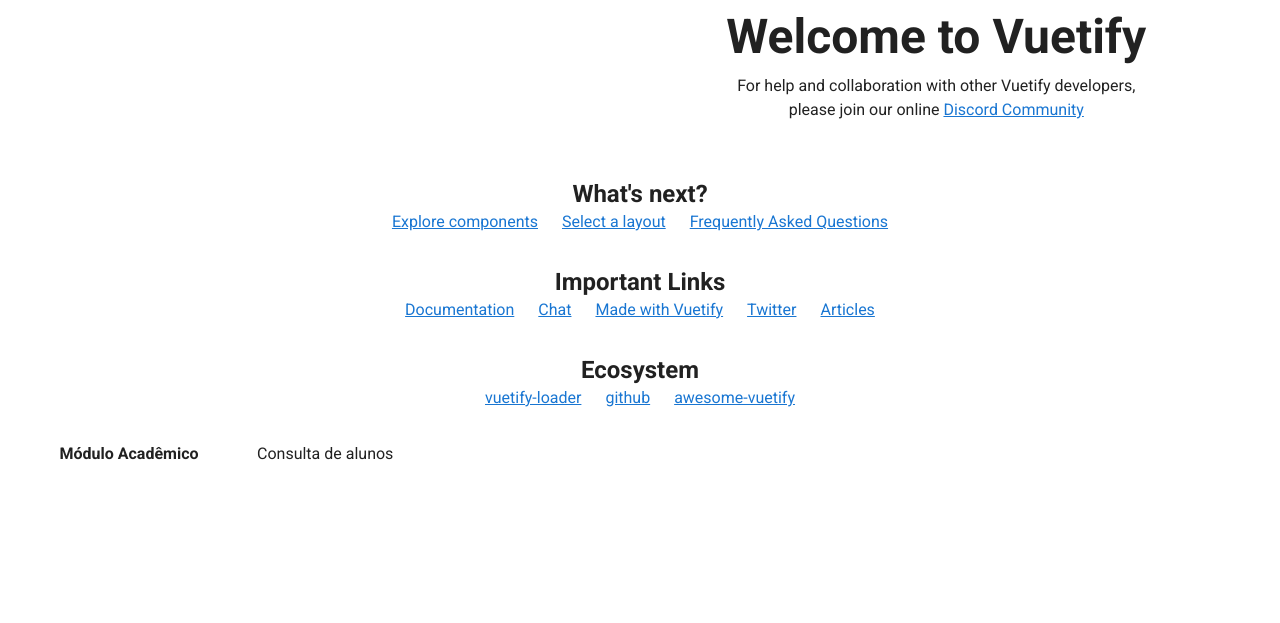
Repository: sergiohidekiono/vue-student
Page: /
These files come from the project's save history. The page is drawn as it stood at one moment and after the next save; the edit follows.
The browser window is 1280 px wide. The pictures show the whole page.
The project was rebuilt for these pictures with package versions that can differ from the ones it lists, and the page was loaded fresh each time. Also part of the build but not shown: vue.config.js.

Above is the page before, as saved 2024-08-07 09:13:01.

### src/App.vue
<template>
  <v-app>


    <v-main>
      <HelloWorld />
      <StudentList />
    </v-main>

  </v-app>
</template>

<script>
import HelloWorld from './components/HelloWorld';
import StudentList from './components/student-list';

export default {
  name: 'App',

  components: {
    HelloWorld,
    StudentList,
  },

  data: () => ({
    //
  }),
};
</script>

### src/components/HelloWorld.vue
<template>
  <v-container>
    <v-row class="text-center">
      <v-col>
        <div class="d-flex align-start">
          <v-img :src="require('../assets/logo.png')" class="my-3" contain height="100" />
        </div>
      </v-col>
      <v-col class="mb-4">
        <h1 class="display-2 font-weight-bold mb-3">
          Welcome to Vuetify
        </h1>

        <p class="subheading font-weight-regular">
          For help and collaboration with other Vuetify developers,
          <br>please join our online
          <a href="https://community.vuetifyjs.com" target="_blank">Discord Community</a>
        </p>
      </v-col>

      <v-col class="mb-5" cols="12">
        <h2 class="headline font-weight-bold mb-3">
          What's next?
        </h2>

        <v-row justify="center">
          <a v-for="(next, i) in whatsNext" :key="i" :href="next.href" class="subheading mx-3" target="_blank">
            {{ next.text }}
          </a>
        </v-row>
      </v-col>

      <v-col class="mb-5" cols="12">
        <h2 class="headline font-weight-bold mb-3">
          Important Links
        </h2>

        <v-row justify="center">
          <a v-for="(link, i) in importantLinks" :key="i" :href="link.href" class="subheading mx-3" target="_blank">
            {{ link.text }}
          </a>
        </v-row>
      </v-col>

      <v-col class="mb-5" cols="12">
        <h2 class="headline font-weight-bold mb-3">
          Ecosystem
        </h2>

        <v-row justify="center">
          <a v-for="(eco, i) in ecosystem" :key="i" :href="eco.href" class="subheading mx-3" target="_blank">
            {{ eco.text }}
          </a>
        </v-row>
      </v-col>
    </v-row>
  </v-container>
</template>

<script>
export default {
  name: 'HelloWorld',

  data: () => ({
    ecosystem: [
      {
        text: 'vuetify-loader',
        href: 'https://github.com/vuetifyjs/vuetify-loader',
      },
      {
        text: 'github',
        href: 'https://github.com/vuetifyjs/vuetify',
      },
      {
        text: 'awesome-vuetify',
        href: 'https://github.com/vuetifyjs/awesome-vuetify',
      },
    ],
    importantLinks: [
      {
        text: 'Documentation',
        href: 'https://vuetifyjs.com',
      },
      {
        text: 'Chat',
        href: 'https://community.vuetifyjs.com',
      },
      {
        text: 'Made with Vuetify',
        href: 'https://madewithvuejs.com/vuetify',
      },
      {
        text: 'Twitter',
        href: 'https://twitter.com/vuetifyjs',
      },
      {
        text: 'Articles',
        href: 'https://medium.com/vuetify',
      },
    ],
    whatsNext: [
      {
        text: 'Explore components',
        href: 'https://vuetifyjs.com/components/api-explorer',
      },
      {
        text: 'Select a layout',
        href: 'https://vuetifyjs.com/getting-started/pre-made-layouts',
      },
      {
        text: 'Frequently Asked Questions',
        href: 'https://vuetifyjs.com/getting-started/frequently-asked-questions',
      },
    ],
  }),
}
</script>

### src/components/student-list.vue
<template>
    <v-container>
        <v-row>
            <v-col cols="2" class="font-weight-bold">
                Módulo Acadêmico
            </v-col>
            <v-col cols="10">
                Consulta de alunos
            </v-col>
        </v-row>
    </v-container>
</template>
<script>
</script>

Loaded but not shown: public/index.html (common file); src/main.js (common file); src/plugins/vuetify.js (common file)

After the next save:
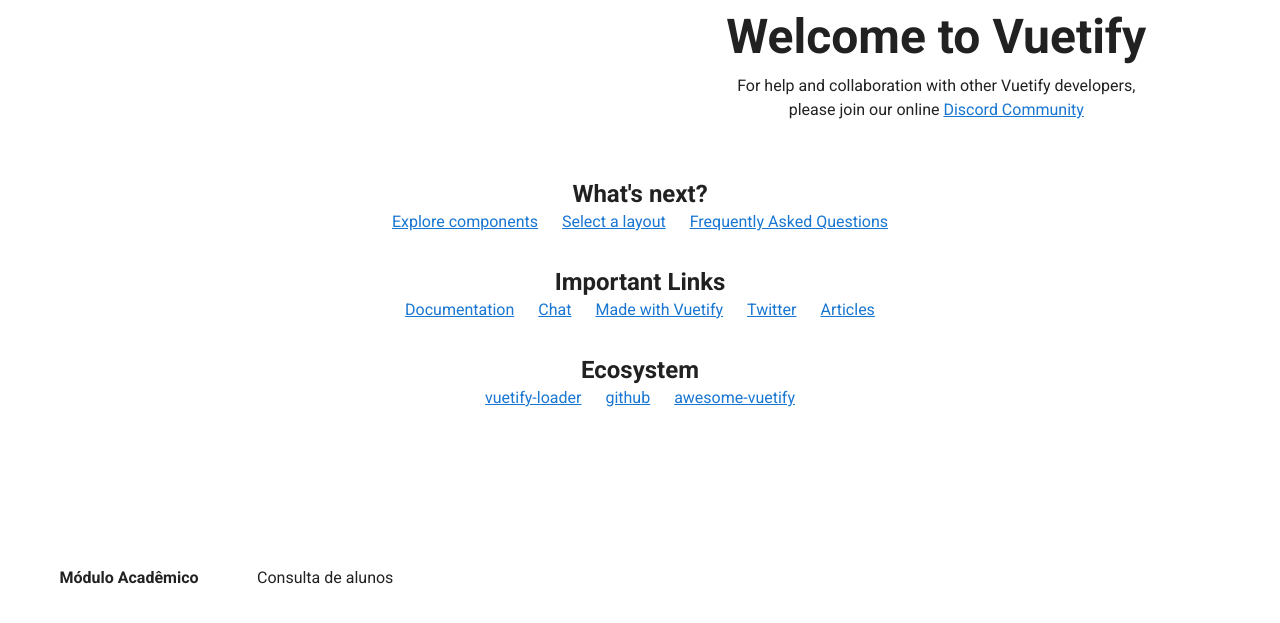
Saved 14 s later.
--- a/src/components/student-list.vue
+++ b/src/components/student-list.vue
@@ -1,5 +1,10 @@
 <template>
     <v-container>
+        <v-row>
+            <div class="d-flex align-start">
+                <v-img :src="require('../assets/logo.png')" class="my-3" contain height="100" />
+            </div>
+        </v-row>
         <v-row>
             <v-col cols="2" class="font-weight-bold">
                 Módulo Acadêmico
